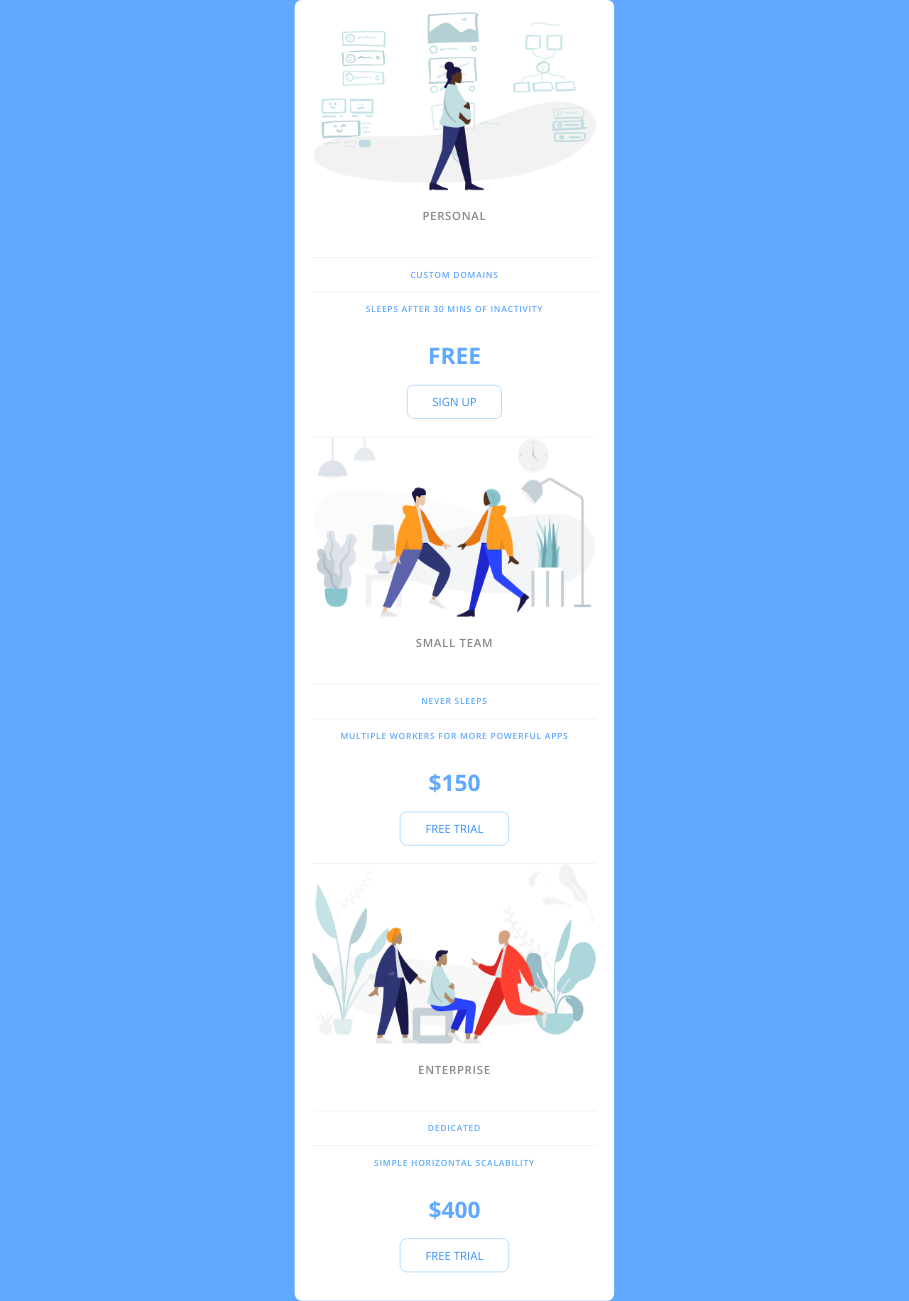
Repository: fatehailey/Pricing-Panel
Page: index.html
The author's editor kept a copy of each file at every save. The page is drawn from the files as they stood at one save, then again after a run of saves.
The browser window is 1280 px wide. The pictures show the whole page, at 71% of full size.
The pointer rests on the first visible `.pricing-button`.

Above is the page before, as saved 2022-09-16 12:46:46.

After the next 4 saves:
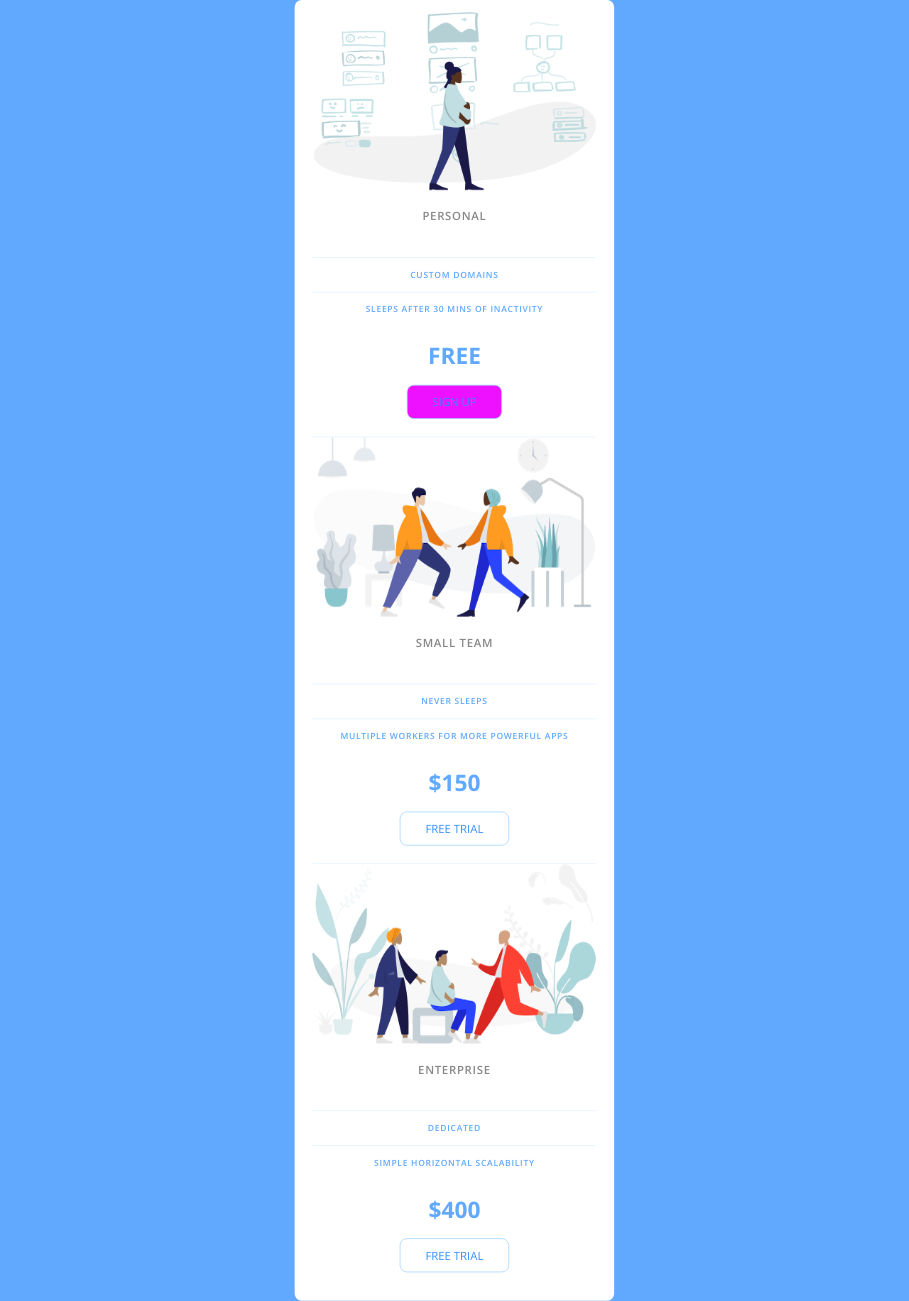
The 4 saves are shown as one change because they came seconds apart.
The last was saved 8 s later.
--- a/app.css
+++ b/app.css
@@ -122,5 +122,5 @@
 }
 
 .pricing-button:hover, .pricing-button:focus{
-
+    background-color: #e1f;
 }
